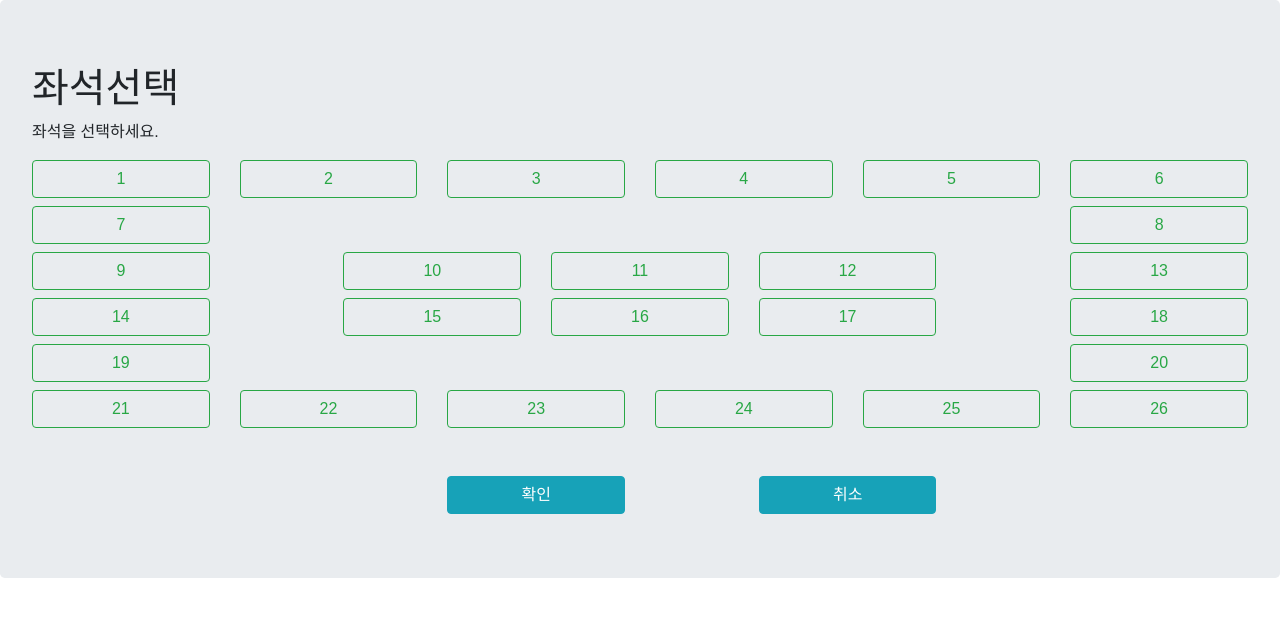
Repository: onlykjy03/JSP
Page: http://localhost/spro/seatsel.jsp
An editor plug-in stored every save of this project. The page is shown before and after the next save, followed by the edit.
The browser window is 1280 px wide. The pictures show the whole page.
After loading, the first visible `button.btn` was clicked once.
Some web fonts or font styles are not loaded; a fallback is used. The page is served by Tomcat 9.

Above is the page before, as saved 2021-04-26 01:37:08.
Console error: TypeError: this.text is not a function

After the next save:
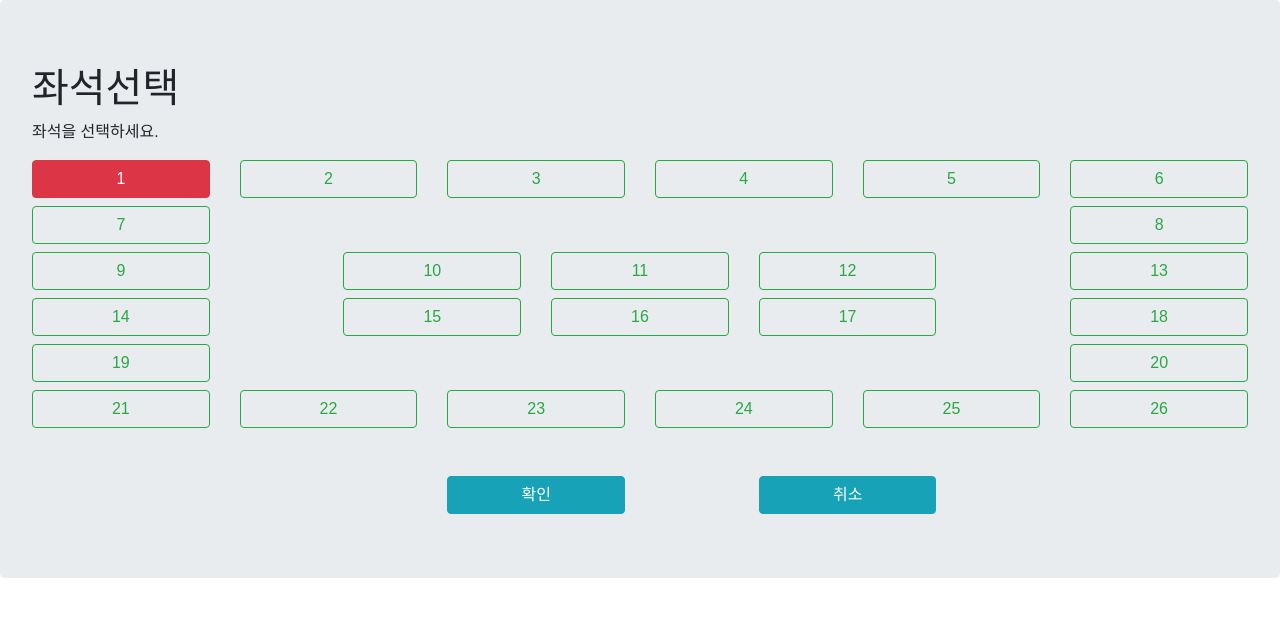
The error is gone.
Saved 12 min 1 s later.
--- a/eclipse-workspace/spro/WebContent/seatsel.jsp
+++ b/eclipse-workspace/spro/WebContent/seatsel.jsp
@@ -14,9 +14,7 @@
 
 $('document').ready(function(){
 	$('button').on('click',function(obj){
-		alert('this='+this);
-		alert(this.text());
-		alert(this.html());
+		$(this).attr('class','btn btn-danger btn-block');
 	})
 })
 
